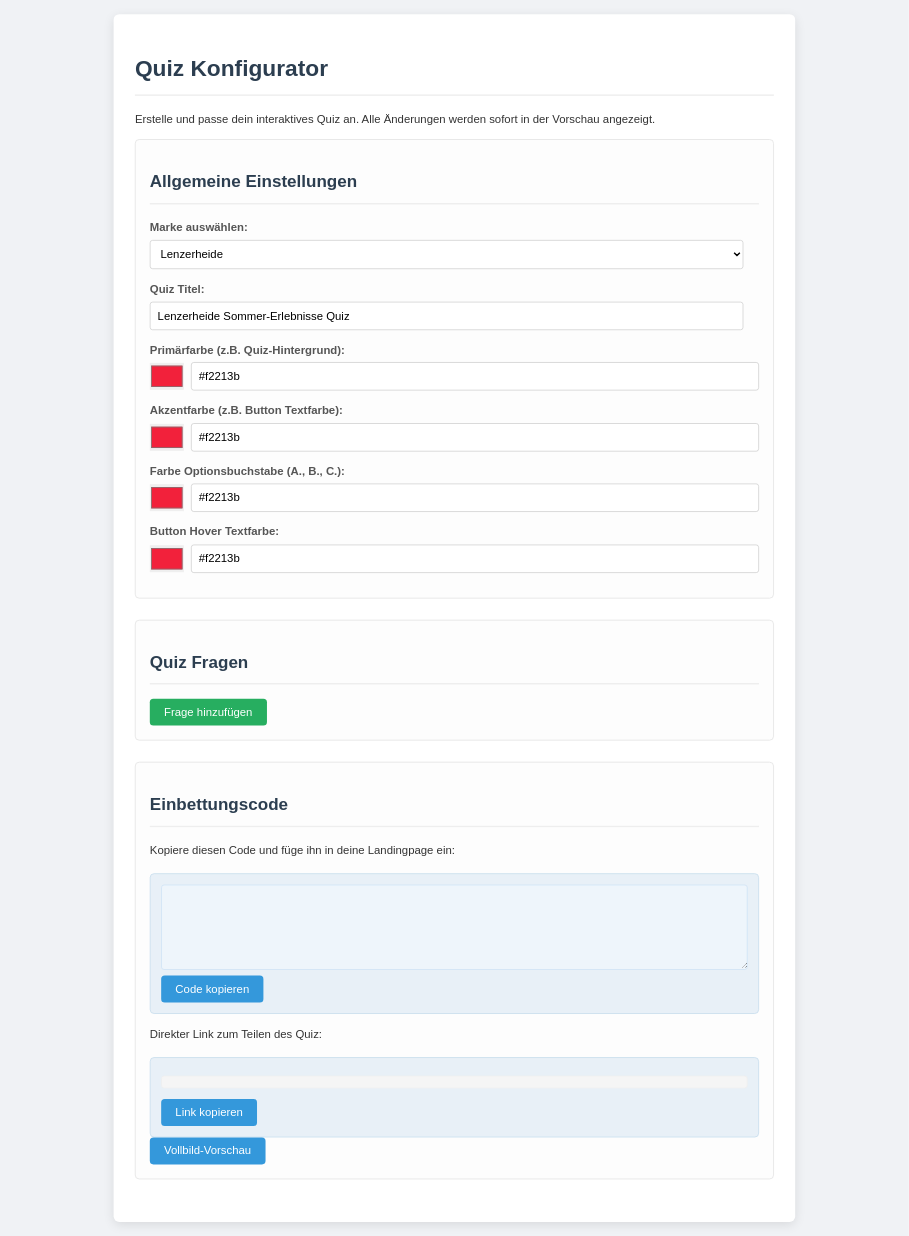
Repository: SandroGansner/LMS-Quiz-Builder
Page: quiz-editor.html
The author's editor kept a copy of each file at every save. The page is drawn from the files as they stood at one save, then again after the next save.
The browser window is 1280 px wide. The pictures show the whole page, at 71% of full size.

Above is the page before, as saved 2025-06-04 13:07:21.
Console error: TypeError: Cannot set properties of null (setting 'src')

After the next save:
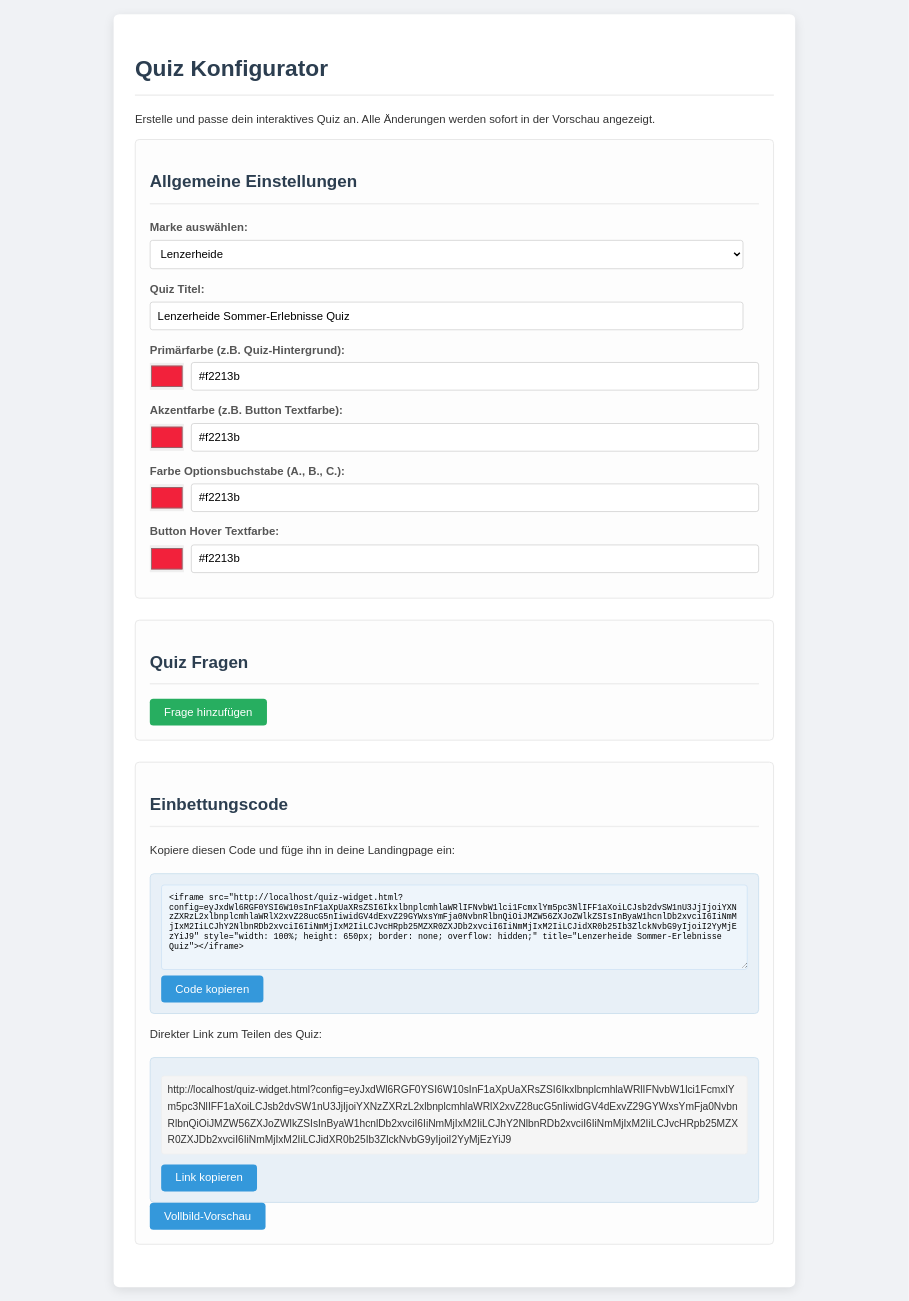
Console error: TypeError: Cannot read properties of null (reading 'addEventListener')
Saved 25 s later.
--- a/quiz-editor.html
+++ b/quiz-editor.html
@@ -546,8 +546,22 @@ function updateQuiz() {
     const quizUrl = generateQuizUrl(config);
     console.log('Generated quizUrl:', quizUrl);
 
-    // Update the iframe source
-    quizPreview.src = quizUrl;
+    // Create a new iframe to avoid caching issues
+    const newIframe = document.createElement('iframe');
+    newIframe.id = 'quiz-preview';
+    newIframe.src = quizUrl;
+    newIframe.style.width = '100%';
+    newIframe.style.height = '650px';
+    newIframe.style.border = 'none';
+    newIframe.style.overflow = 'hidden';
+    newIframe.title = config.quizTitle;
+
+    // Replace the old iframe with the new one once it loads
+    newIframe.onload = () => {
+        quizPreview.parentNode.replaceChild(newIframe, quizPreview);
+        // Update the global reference
+        quizPreview = newIframe;
+    };
 
     const embedCode = `<iframe src="${quizUrl}" style="width: 100%; height: 650px; border: none; overflow: hidden;" title="${config.quizTitle}"></iframe>`;
     embedCodeOutput.value = embedCode;
@@ -643,21 +657,21 @@ document.addEventListener('DOMContentLoaded', () => {
     initializeQuizDataFromHTML();
     applyPresets(brandSelect.value);
     renderAllQuestions();
-    setupColorPickers();
 
     brandSelect.addEventListener('change', () => {
         console.log('Brand changed to:', brandSelect.value);
         applyPresets(brandSelect.value);
     });
     quizTitleInput.addEventListener('input', updateQuiz);
+    setupColorPickers();
     document.getElementById('addQuestionBtn').addEventListener('click', addQuestion);
-    document.getElementById('copyEmbedCodeBtn').addEventListener('click', copyEmbedCode);
-    document.getElementById('copyShareLinkBtn').addEventListener('click', copyShareLink);
-    document.getElementById('fullscreenPreviewBtn').addEventListener('click', () => {
-        const quizUrl = shareLinkOutput.textContent;
-        window.open(quizUrl, '_blank');
-    });
-});
+            document.getElementById('copyShareLinkBtn').addEventListener('click', copyShareLink);
+            document.getElementById('fullscreenPreviewBtn').addEventListener('click', () => {
+                const quizUrl = shareLinkOutput.textContent;
+                window.open(quizUrl, '_blank');
+            });
+            document.getElementById('generatePreviewBtn').addEventListener('click', updateQuiz); // Add this line
+        });
     </script>
 </body>
 </html>
